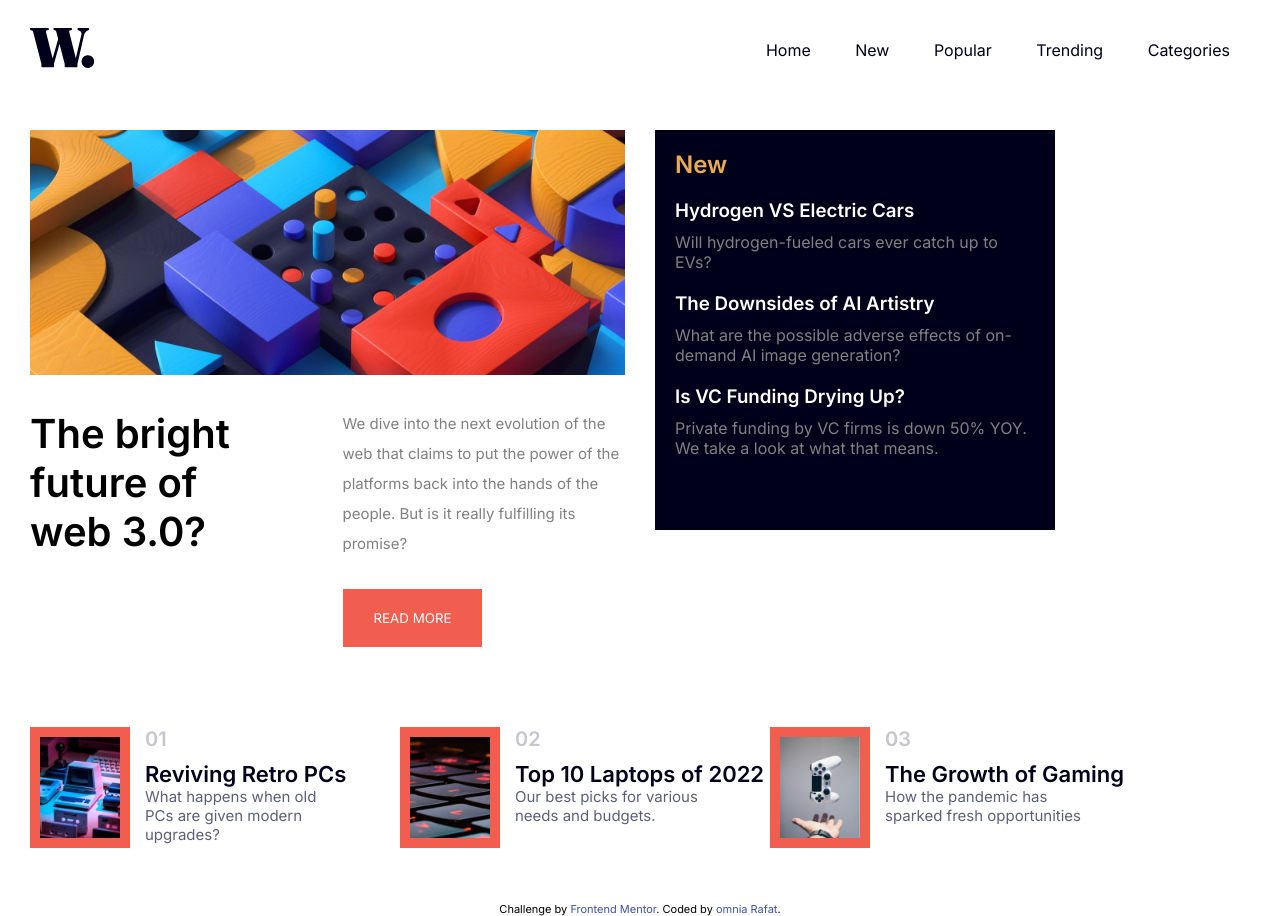
Repository: OmniaRafat232111121/HomePage
Page: index.html
An editor plug-in stored every save of this project. The page is shown before and after a run of saves, followed by the edit.
The browser window is 1280 px wide. The pictures show the whole page.

Above is the page before, as saved 2022-12-17 23:10:11.

After the next 4 saves:
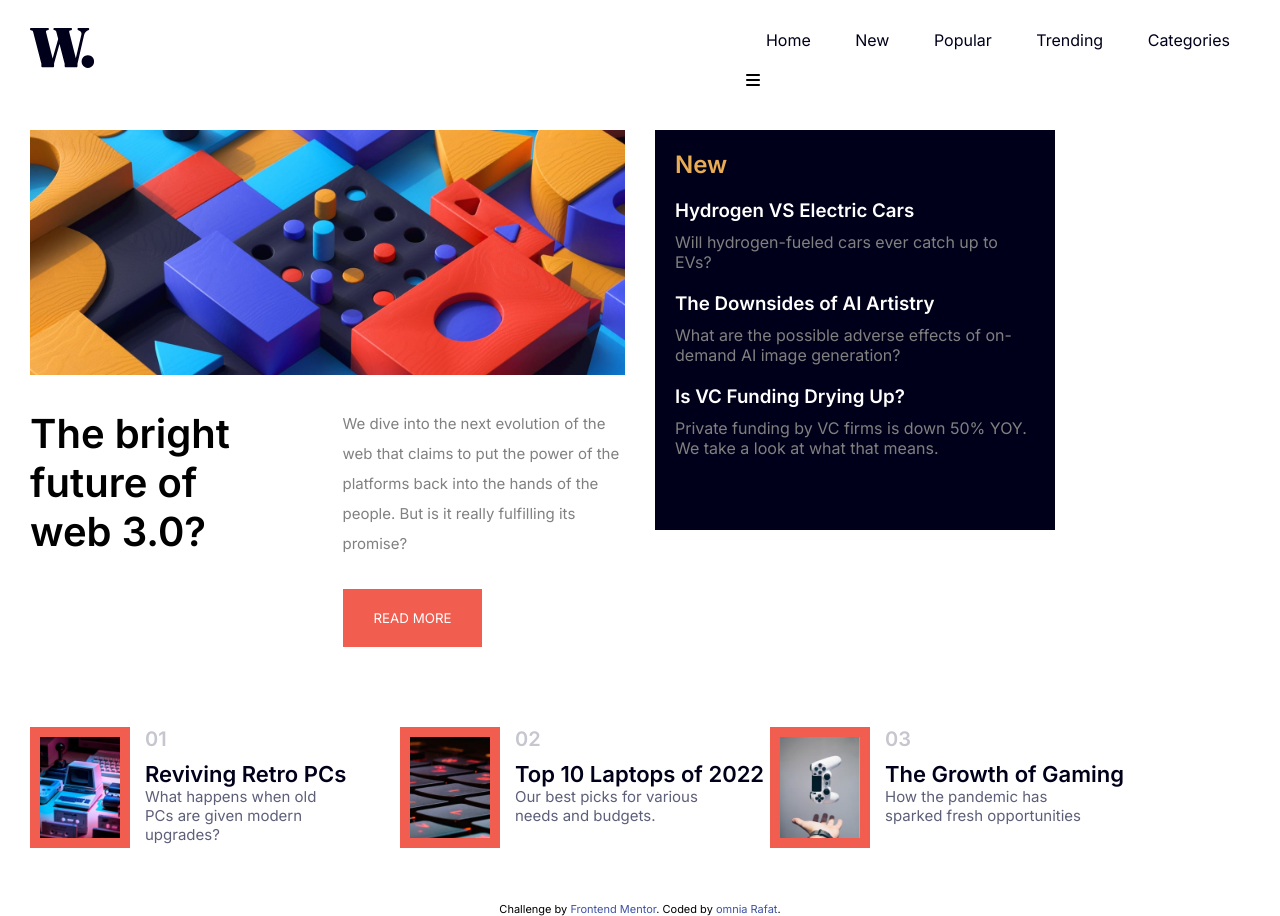
The 4 saves are shown as one change because they came seconds apart.
The last was saved 49 s later.
--- a/index.html
+++ b/index.html
@@ -11,6 +11,8 @@
     .attribution { font-size: 11px; text-align: center; margin-top: 20px; }
     .attribution a { color: hsl(228, 45%, 44%); }
   </style>
+  <!--font awesome-->
+  <link rel="stylesheet" href="https://cdnjs.cloudflare.com/ajax/libs/font-awesome/6.2.1/css/all.min.css">
  <link rel="stylesheet" href="style.css">
 </head>
 <body>

After the save that followed:
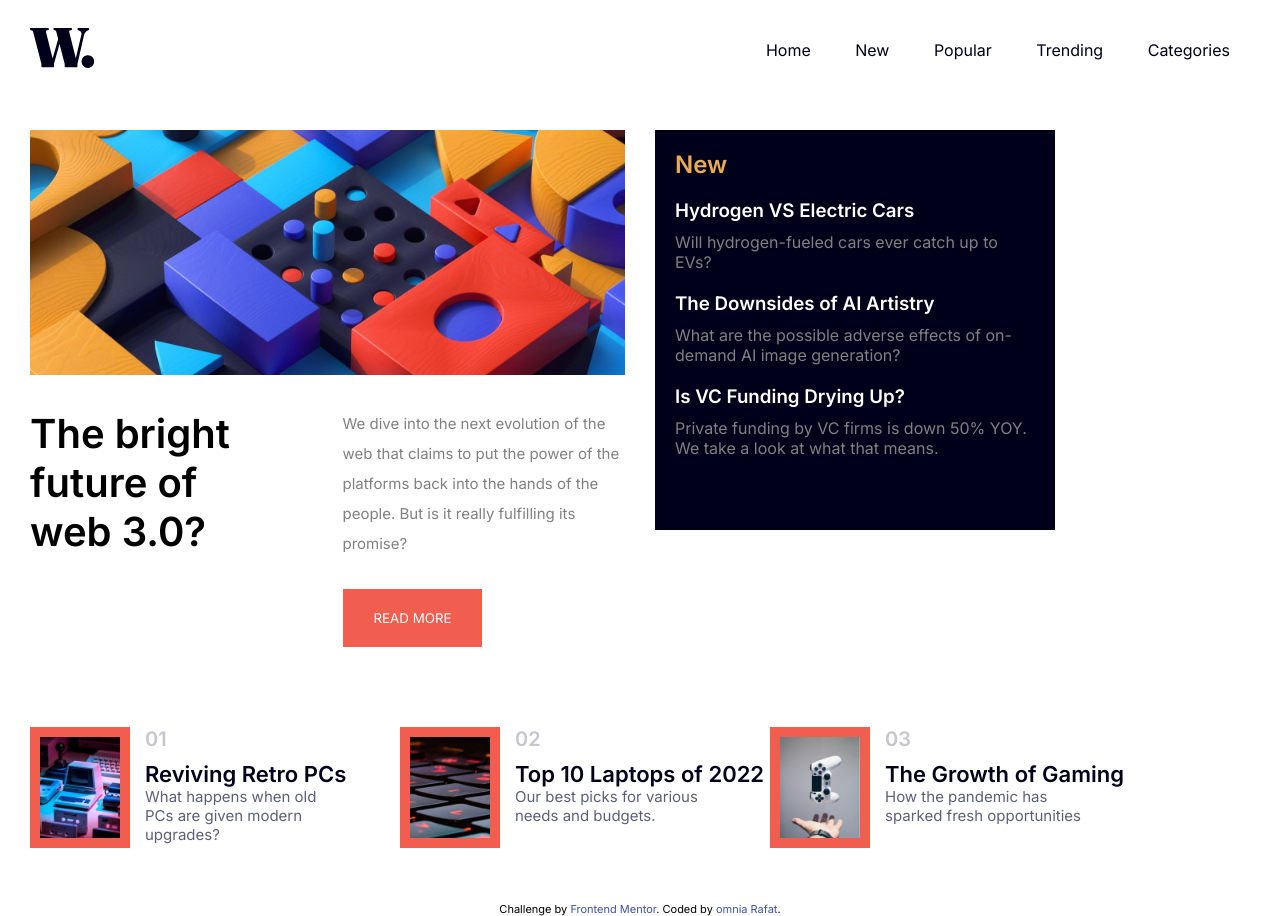
Saved 54 s later.
--- a/style.css
+++ b/style.css
@@ -147,6 +147,7 @@ gap: 20px;
 }
 .icon i{
     color:black;
+    display:none;
 }
 @media (max-width:767px) {
 
